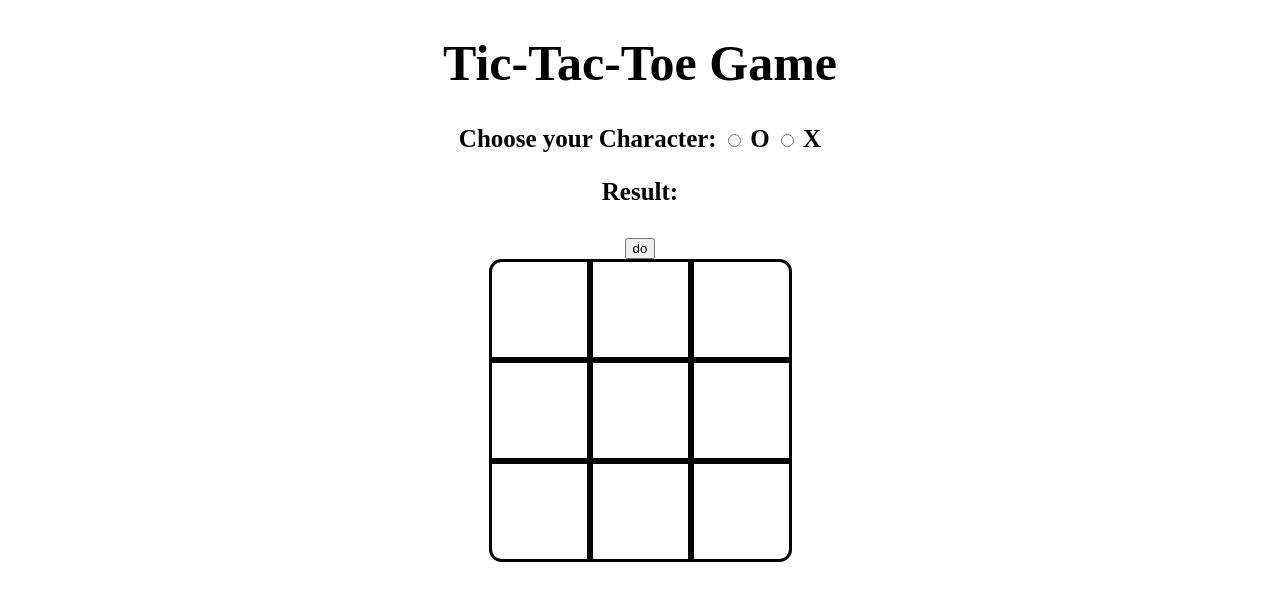
Repository: 0101chaitanya/Tic-Tac-Toe
Page: index.html
An editor plug-in stored every save of this project. The page is shown before and after the next save, followed by the edit.
The browser window is 1280 px wide. The pictures show the whole page.
After loading, the first visible `#r1Column1` was clicked once.

Above is the page before, as saved 2021-06-10 21:04:57.
Console error (its wording comes from the project's code and is left out).

After the next save:
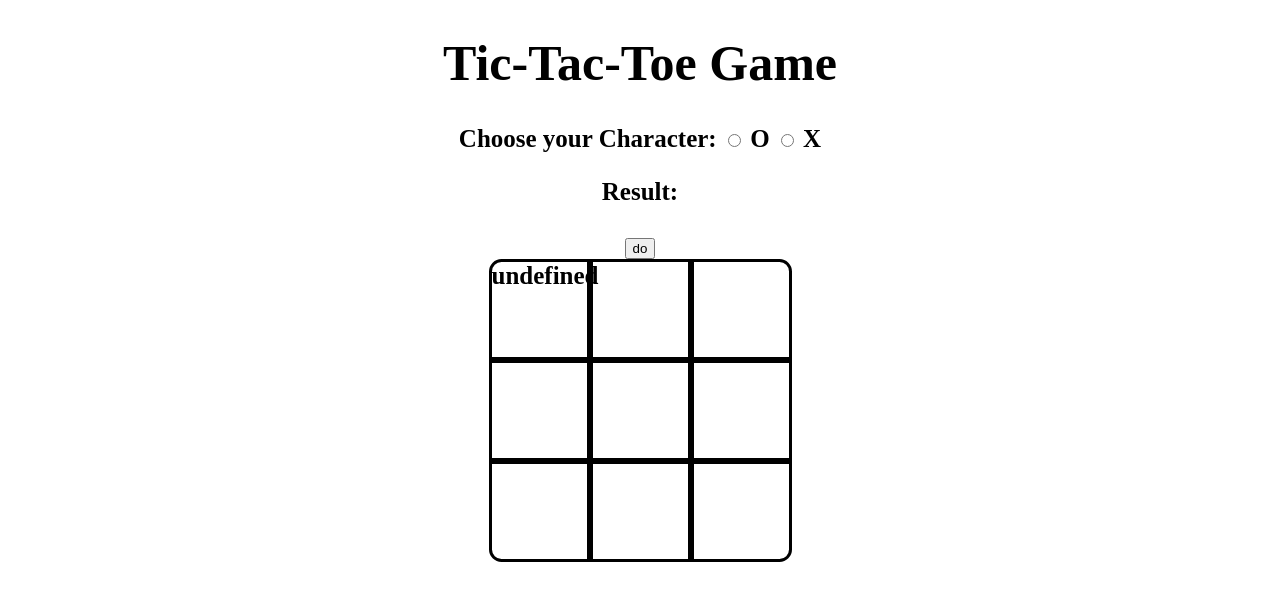
The error is gone.
Saved 2 min 24 s later.
--- a/script.js
+++ b/script.js
@@ -17,15 +17,15 @@ let eventFun = (function () {
     let setOutput = function (e, index) {
 
         e.target.textContent = runningCharacter;
-        window[`${index}`] = e.target.textContent;
+        window[`${index}` + 'txt'] = e.target.textContent;
 
-        localStorage.setItem(`${index}`, [`${index}`]);
+        localStorage.setItem(`${index}` + 'text', window[`${index}` + 'text']);
         setContent(index)
         e.target.removeEventListener('click', e => setOutput(e));
         switchRunChar();
     };
     function setContent(index) {
-        array[index].textContent = localStorage.getItem(`index`);
+        array[index].textContent = localStorage.getItem(`${index}` + 'text');
 
     }
 
